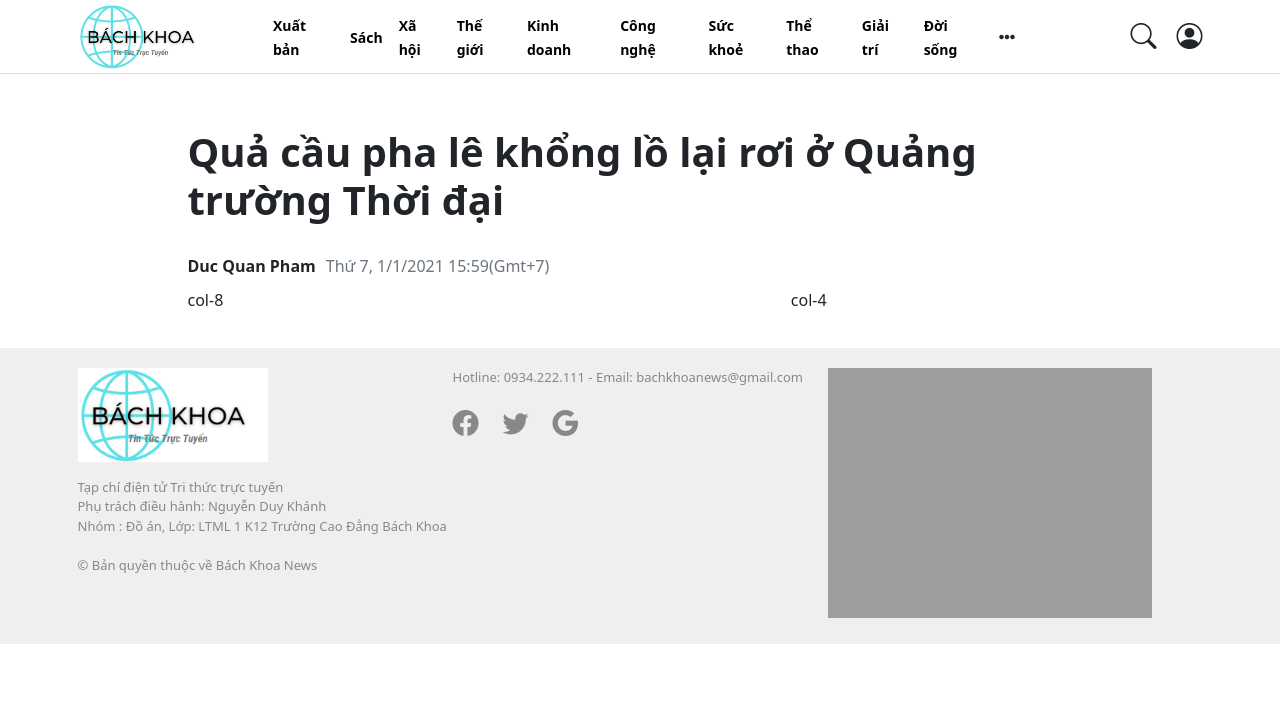
Repository: khanh2324/Java_Web
Page: WebContent/home-new/index.html
An editor plug-in stored every save of this project. The page is shown before and after the next save, followed by the edit.
The browser window is 1280 px wide. The pictures show the whole page.
Pictures or frames that could not be fetched are drawn as grey boxes. Some web libraries are served in a nearby version.

Above is the page before, as saved 2022-01-01 16:06:48.

### WebContent/home-new/index.html
<!DOCTYPE html>
<html lang="en">
<head>
    <meta charset="UTF-8">
    <meta http-equiv="X-UA-Compatible" content="IE=edge">
    <meta name="viewport" content="width=device-width, initial-scale=1.0">
    <title>Bách Khoa News</title>
    <!-- Icon Boostrap -->
    <link rel="stylesheet" href="https://cdn.jsdelivr.net/npm/bootstrap-icons@1.3.0/font/bootstrap-icons.css">
    <!-- Link Font -->
    <link href="https://fonts.googleapis.com/css2?family=Roboto:ital,wght@0,100;0,300;0,400;0,500;0,700;0,900;1,100;1,300;1,400;1,500;1,700;1,900&display=swap" rel="stylesheet">

    <!-- OWL -->
    <link rel="stylesheet" href="./css/owl.carousel.min.css">
    <link rel="stylesheet" href="./css/owl.theme.default.min.css">

    <!--Font Awesome -->
    <link rel="stylesheet" href="https://cdnjs.cloudflare.com/ajax/libs/font-awesome/5.15.4/css/all.min.css" integrity="sha512-1ycn6IcaQQ40/MKBW2W4Rhis/DbILU74C1vSrLJxCq57o941Ym01SwNsOMqvEBFlcgUa6xLiPY/NS5R+E6ztJQ==" crossorigin="anonymous" referrerpolicy="no-referrer" />
    <!-- CSS-->
    <link rel="stylesheet" href="./css/bootstrap.css">
    <link rel="stylesheet" href="./css/shared.css">
    <link rel="stylesheet" href="./css/style.css">
    <link rel="stylesheet" href="./css/responsive.css">
</head>
<body>
    <div class="main">
        <!-- Header -->
        <div class="header navbar navbar-expand-lg navbar-light fixed-top d-flex">
            <div class="container">

                <div class="col-lg-2 col-10 header-logo">
                    <a class="header-logo_link" href="#">
                        <div class="header-logo_img"></div>
                    </a>
                </div>

                <div class="col-lg-8 header-nav d-flex">
                    <ul class="header-nav_list d-lg-flex d-none">
                        <li class="header-nav_item">
                            <a href="" class="header-nav_link">Xuất bản</a>
                        </li>
                        <li class="header-nav_item">
                            <a href="" class="header-nav_link">Sách</a>
                        </li>
                        <li class="header-nav_item">
                            <a href="" class="header-nav_link">Xã hội</a>
                        </li>
                        <li class="header-nav_item">
                            <a href="" class="header-nav_link">Thế giới</a>
                        </li>
                        <li class="header-nav_item">
                            <a href="" class="header-nav_link">Kinh doanh</a>
                        </li>
                        <li class="header-nav_item">
                            <a href="" class="header-nav_link">Công nghệ</a>
                        </li>
                        <li class="header-nav_item">
                            <a href="" class="header-nav_link">Sức khoẻ</a>
                        </li>
                        <li class="header-nav_item">
                            <a href="" class="header-nav_link">Thể thao</a>
                        </li>
                        <li class="header-nav_item">
                            <a href="" class="header-nav_link">Giải trí</a>
                        </li>
                        <li class="header-nav_item">
                            <a href="" class="header-nav_link">Đời sống</a>
                        </li>
                    </ul>

                    <div class="header-nav_btn">
                        <i class="fas fa-ellipsis-h"></i>
                    </div>
                </div>

                <div class="col-lg-2">
                    <div class="d-flex justify-content-end">
                        <div class="header-search">
                            <i class="bi bi-search"></i>
                        </div>

                        <div class="header-user">
                            <i class="bi bi-person-circle"></i>

                            <div class="user-options d-none">
                                <ul class="user-options_list">
                                    <li class="user-options_item">
                                        <a href="" class="user-options_link">Đăng ký</a>
                                    </li>
                                    <li class="user-options_item">
                                        <a href="" class="user-options_link">Đăng nhập</a>
                                    </li>
                                </ul>
                            </div>
                        </div>


                    </div>

                </div>
            </div>

        </div>

        <!-- Sub Nav -->
        <div class="header-subnav navbar navbar-expand-lg navbar-light fixed-top d-none">
            <div class="container flex-wrap">
                <div class="col-lg-2 header-subnav_wrap">
                    <div class="header-subnav_title">Xã Hội</div>
                    <ul class="header-subnav_list">
                        <li class="header-subnav_item">
                            <a href="" class="header-subnav_link">Chính trị</a>
                        </li>
                        <li class="header-subnav_item">
                            <a href="" class="header-subnav_link">Nhân sự mới</a>
                        </li>
                        <li class="header-subnav_item">
                            <a href="" class="header-subnav_link">Đô thị</a>
                        </li>
                        <li class="header-subnav_item">
                            <a href="" class="header-subnav_link">Giao thông</a>
                        </li>
                        <li class="header-subnav_item">
                            <a href="" class="header-subnav_link">Saigon Metro</a>
                        </li>
                        <li class="header-subnav_item">
                            <a href="" class="header-subnav_link">Sáng kiến chống dịch</a>
                        </li>
                    </ul>
                </div>

                <div class="col-lg-2 header-subnav_wrap">
                    <div class="header-subnav_title">Xã Hội</div>
                    <ul class="header-subnav_list">
                        <li class="header-subnav_item">
                            <a href="" class="header-subnav_link">Chính trị</a>
                        </li>
                        <li class="header-subnav_item">
                            <a href="" class="header-subnav_link">Nhân sự mới</a>
                        </li>
                        <li class="header-subnav_item">
                            <a href="" class="header-subnav_link">Đô thị</a>
                        </li>
                        <li class="header-subnav_item">
                            <a href="" class="header-subnav_link">Giao thông</a>
                        </li>
                        <li class="header-subnav_item">
                            <a href="" class="header-subnav_link">Saigon Metro</a>
                        </li>
                        <li class="header-subnav_item">
                            <a href="" class="header-subnav_link">Sáng kiến chống dịch</a>
                        </li>
                    </ul>
                </div>

                <div class="col-lg-2 header-subnav_wrap">
                    <div class="header-subnav_title">Xã Hội</div>
                    <ul class="header-subnav_list">
                        <li class="header-subnav_item">
                            <a href="" class="header-subnav_link">Chính trị</a>
                        </li>
                        <li class="header-subnav_item">
                            <a href="" class="header-subnav_link">Nhân sự mới</a>
                        </li>
                        <li class="header-subnav_item">
                            <a href="" class="header-subnav_link">Đô thị</a>
                        </li>
                        <li class="header-subnav_item">
                            <a href="" class="header-subnav_link">Giao thông</a>
                        </li>
                        <li class="header-subnav_item">
                            <a href="" class="header-subnav_link">Saigon Metro</a>
                        </li>
                        <li class="header-subnav_item">
                            <a href="" class="header-subnav_link">Sáng kiến chống dịch</a>
                        </li>
                    </ul>
                </div>

                <div class="col-lg-2 header-subnav_wrap">
                    <div class="header-subnav_title">Xã Hội</div>
                    <ul class="header-subnav_list">
                        <li class="header-subnav_item">
                            <a href="" class="header-subnav_link">Chính trị</a>
                        </li>
                        <li class="header-subnav_item">
                            <a href="" class="header-subnav_link">Nhân sự mới</a>
                        </li>
                        <li class="header-subnav_item">
                            <a href="" class="header-subnav_link">Đô thị</a>
                        </li>
                        <li class="header-subnav_item">
                            <a href="" class="header-subnav_link">Giao thông</a>
                        </li>
                        <li class="header-subnav_item">
                            <a href="" class="header-subnav_link">Saigon Metro</a>
                        </li>
                        <li class="header-subnav_item">
                            <a href="" class="header-subnav_link">Sáng kiến chống dịch</a>
                        </li>
                    </ul>
                </div>

                <div class="col-lg-2 header-subnav_wrap">
                    <div class="header-subnav_title">Xã Hội</div>
                    <ul class="header-subnav_list">
                        <li class="header-subnav_item">
                            <a href="" class="header-subnav_link">Chính trị</a>
                        </li>
                        <li class="header-subnav_item">
                            <a href="" class="header-subnav_link">Nhân sự mới</a>
                        </li>
                        <li class="header-subnav_item">
                            <a href="" class="header-subnav_link">Đô thị</a>
                        </li>
                        <li class="header-subnav_item">
                            <a href="" class="header-subnav_link">Giao thông</a>
                        </li>
                        <li class="header-subnav_item">
                            <a href="" class="header-subnav_link">Saigon Metro</a>
                        </li>
                        <li class="header-subnav_item">
                            <a href="" class="header-subnav_link">Sáng kiến chống dịch</a>
                        </li>
                    </ul>
                </div>

                <div class="col-lg-2 header-subnav_wrap">
                    <div class="header-subnav_title">Xã Hội</div>
                    <ul class="header-subnav_list">
                        <li class="header-subnav_item">
                            <a href="" class="header-subnav_link">Chính trị</a>
                        </li>
                        <li class="header-subnav_item">
                            <a href="" class="header-subnav_link">Nhân sự mới</a>
                        </li>
                        <li class="header-subnav_item">
                            <a href="" class="header-subnav_link">Đô thị</a>
                        </li>
                        <li class="header-subnav_item">
                            <a href="" class="header-subnav_link">Giao thông</a>
                        </li>
                        <li class="header-subnav_item">
                            <a href="" class="header-subnav_link">Saigon Metro</a>
                        </li>
                        <li class="header-subnav_item">
                            <a href="" class="header-subnav_link">Sáng kiến chống dịch</a>
                        </li>
                    </ul>
                </div>

                <div class="col-lg-2 header-subnav_wrap">
                    <div class="header-subnav_title">Xã Hội</div>
                    <ul class="header-subnav_list">
                        <li class="header-subnav_item">
                            <a href="" class="header-subnav_link">Chính trị</a>
                        </li>
                        <li class="header-subnav_item">
                            <a href="" class="header-subnav_link">Nhân sự mới</a>
                        </li>
                        <li class="header-subnav_item">
                            <a href="" class="header-subnav_link">Đô thị</a>
                        </li>
                        <li class="header-subnav_item">
                            <a href="" class="header-subnav_link">Giao thông</a>
                        </li>
                        <li class="header-subnav_item">
                            <a href="" class="header-subnav_link">Saigon Metro</a>
                        </li>
                        <li class="header-subnav_item">
                            <a href="" class="header-subnav_link">Sáng kiến chống dịch</a>
                        </li>
                    </ul>
                </div>

                <div class="col-lg-2 header-subnav_wrap">
                    <div class="header-subnav_title">Xã Hội</div>
                    <ul class="header-subnav_list">
                        <li class="header-subnav_item">
                            <a href="" class="header-subnav_link">Chính trị</a>
                        </li>
                        <li class="header-subnav_item">
                            <a href="" class="header-subnav_link">Nhân sự mới</a>
                        </li>
                        <li class="header-subnav_item">
                            <a href="" class="header-subnav_link">Đô thị</a>
                        </li>
                        <li class="header-subnav_item">
                            <a href="" class="header-subnav_link">Giao thông</a>
                        </li>
                        <li class="header-subnav_item">
                            <a href="" class="header-subnav_link">Saigon Metro</a>
                        </li>
                        <li class="header-subnav_item">
                            <a href="" class="header-subnav_link">Sáng kiến chống dịch</a>
                        </li>
                    </ul>
                </div>

                <div class="col-lg-2 header-subnav_wrap">
                    <div class="header-subnav_title">Xã Hội</div>
                    <ul class="header-subnav_list">
                        <li class="header-subnav_item">
                            <a href="" class="header-subnav_link">Chính trị</a>
                        </li>
                        <li class="header-subnav_item">
                            <a href="" class="header-subnav_link">Nhân sự mới</a>
                        </li>
                        <li class="header-subnav_item">
                            <a href="" class="header-subnav_link">Đô thị</a>
                        </li>
                        <li class="header-subnav_item">
                            <a href="" class="header-subnav_link">Giao thông</a>
                        </li>
                        <li class="header-subnav_item">
                            <a href="" class="header-subnav_link">Saigon Metro</a>
                        </li>
                        <li class="header-subnav_item">
                            <a href="" class="header-subnav_link">Sáng kiến chống dịch</a>
                        </li>
                    </ul>
                </div>

                <div class="col-lg-2 header-subnav_wrap">
                    <div class="header-subnav_title">Xã Hội</div>
                    <ul class="header-subnav_list">
                        <li class="header-subnav_item">
                            <a href="" class="header-subnav_link">Chính trị</a>
                        </li>
                        <li class="header-subnav_item">
                            <a href="" class="header-subnav_link">Nhân sự mới</a>
                        </li>
                        <li class="header-subnav_item">
                            <a href="" class="header-subnav_link">Đô thị</a>
                        </li>
                        <li class="header-subnav_item">
                            <a href="" class="header-subnav_link">Giao thông</a>
                        </li>
                        <li class="header-subnav_item">
                            <a href="" class="header-subnav_link">Saigon Metro</a>
                        </li>
                        <li class="header-subnav_item">
                            <a href="" class="header-subnav_link">Sáng kiến chống dịch</a>
                        </li>
                    </ul>
                </div>

                <div class="col-lg-2 header-subnav_wrap">
                    <div class="header-subnav_title">Xã Hội</div>
                    <ul class="header-subnav_list">
                        <li class="header-subnav_item">
                            <a href="" class="header-subnav_link">Chính trị</a>
                        </li>
                        <li class="header-subnav_item">
                            <a href="" class="header-subnav_link">Nhân sự mới</a>
                        </li>
                        <li class="header-subnav_item">
                            <a href="" class="header-subnav_link">Đô thị</a>
                        </li>
                        <li class="header-subnav_item">
                            <a href="" class="header-subnav_link">Giao thông</a>
                        </li>
                        <li class="header-subnav_item">
                            <a href="" class="header-subnav_link">Saigon Metro</a>
                        </li>
                        <li class="header-subnav_item">
                            <a href="" class="header-subnav_link">Sáng kiến chống dịch</a>
                        </li>
                    </ul>
                </div>

                <div class="col-lg-2 header-subnav_wrap">
                    <div class="header-subnav_title">Xã Hội</div>
                    <ul class="header-subnav_list">
                        <li class="header-subnav_item">
                            <a href="" class="header-subnav_link">Chính trị</a>
                        </li>
                        <li class="header-subnav_item">
                            <a href="" class="header-subnav_link">Nhân sự mới</a>
                        </li>
                        <li class="header-subnav_item">
                            <a href="" class="header-subnav_link">Đô thị</a>
                        </li>
                        <li class="header-subnav_item">
                            <a href="" class="header-subnav_link">Giao thông</a>
                        </li>
                        <li class="header-subnav_item">
                            <a href="" class="header-subnav_link">Saigon Metro</a>
                        </li>
                        <li class="header-subnav_item">
                            <a href="" class="header-subnav_link">Sáng kiến chống dịch</a>
                        </li>
                    </ul>
                </div>


            </div>
        </div>
        <!-- Content -->
        <div class="content category layout-container">
            <div class="container">
                <h1 class="title">Quả cầu pha lê khổng lồ lại rơi ở Quảng trường Thời đại</h1>
                <div class="d-flex mt-5">
                    <p class="category-title_name"><strong>Duc Quan Pham</strong></p>
                    <p class="category-title_time ms-3 text-muted">Thứ 7, 1/1/2021 15:59(Gmt+7)</p>
                </div>
                <div class="content-hot d-flex mt-xxl-5">

                        <div class="col-8">col-8</div>
                        <div class="col-4">col-4</div>
                </div>
            </div>
        </div>
        <div class="footer">
            <div class="container">
                <div class="footer-wrap d-flex justify-content-start flex-wrap">
                    <div class="col-lg-4 col-6">
                        <div class="footer-logo"></div>
                        <div class="footer-content">
                            <span>Tạp chí điện tử Tri thức trực tuyến</span><br>
                            <span>Phụ trách điều hành: Nguyễn Duy Khánh</span><br>
                            <span>Nhóm : Đồ án, Lớp: LTML 1 K12 Trường Cao Đẳng Bách Khoa</span> <br><br>
                            <span>&copy; Bản quyền thuộc về Bách Khoa News</span>
                        </div>
                    </div>

                    <div class="col-lg-4 col-6">
                        <div class="footer-contact">
                            <div>
                                Hotline: 0934.222.111 - Email: bachkhoanews@gmail.com
                            </div>
                            <div class="footer-social d-flex">
                                <a href=""><i class="bi bi-facebook"></i></a>
                                <a href=""><i class="bi bi-twitter"></i></a>
                                <a href=""><i class="bi bi-google"></i></a>
                            </div>
                        </div>
                    </div>

                    <div class="col-lg-4 col-12">
                        <iframe src="https://www.facebook.com/plugins/page.php?href=https%3A%2F%2Fwww.facebook.com%2FB%25C3%25A1ch-Khoa-News-101628475737965%2F%3Fref%3Dpages_you_manage&tabs=timeline&width=324&height=250&small_header=true&adapt_container_width=true&hide_cover=false&show_facepile=true&appId" width="324" height="250" style="border:none;overflow:hidden" scrolling="no" frameborder="0" allowfullscreen="true" allow="autoplay; clipboard-write; encrypted-media; picture-in-picture; web-share"></iframe>
                    </div>
                </div>
            </div>
        </div>
    </div>

    <script type="text/javascript" src="http://ajax.googleapis.com/ajax/libs/jquery/2.1.3/jquery.min.js"> </script>
    <script src="./js/owl.carousel.min.js"></script>
    <script>

        $(document).ready(function(){
            $('.owl-carousel').owlCarousel({
                loop: false,
                margin:10,
                nav: true,
                dots: false,
                slideBy: 5,
                rewind: false,
                responsive:{
                    0:{
                        items:1
                    },
                    600:{
                        items:3
                    },
                    1000:{
                        items:5
                    }
                }
            })

            // Sub nav
            $('.header-nav_btn').click(function() {
                var SubNavNone = $('.header-subnav').hasClass('d-none');
                if (SubNavNone) {
                    $('.header-subnav').removeClass('d-none');
                }
                else {
                    $('.header-subnav').addClass("d-none");
                }
            })

            $('.header-user').click(function() {
                var UserNone = $('.user-options').hasClass('d-none');
                if (UserNone) {
                    $('.user-options').removeClass('d-none');
                }
                else {
                    $('.user-options').addClass("d-none");
                }
            })
        });




    </script>
</body>
</html>

### WebContent/home-new/css/responsive.css
/* Mobile & tablet */
@media (max-width: 1023px){
    .header-logo_img{
        background-position: center center;
        padding-top: 10%;
    }

    .multimedia-right_news{
        margin-top: 16px;
    }

}

/* Tablet */
@media (min-width: 740px) and (max-width: 1023px) {

}

/* Mobile */

@media (min-width: 768px){

}

Loaded but not shown: WebContent/home-new/css/owl.carousel.min.css (library); WebContent/home-new/css/owl.theme.default.min.css (common file); WebContent/home-new/css/bootstrap.css (library); WebContent/home-new/js/owl.carousel.min.js (library); WebContent/home-new/css/style.css (172 lines, source omitted); WebContent/home-new/css/shared.css (56 lines, source omitted)

After the next save:
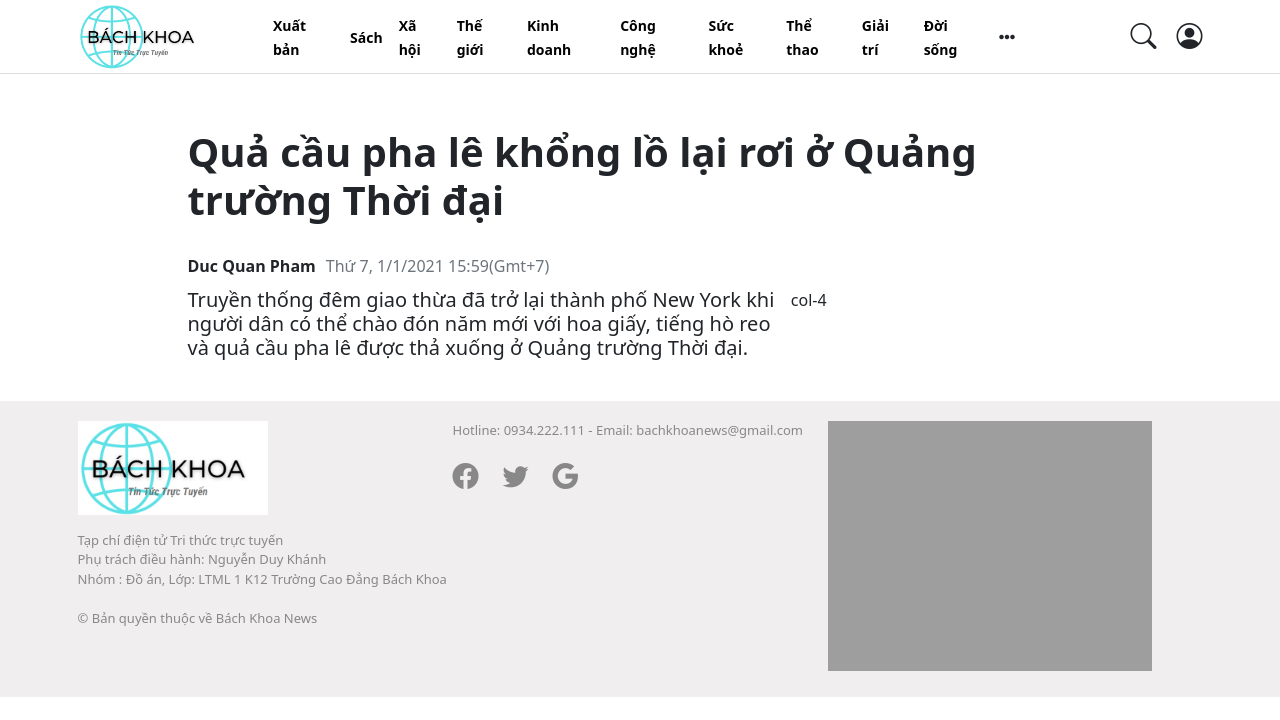
Saved 33 s later.
--- a/WebContent/home-new/index.html
+++ b/WebContent/home-new/index.html
@@ -406,7 +406,11 @@
                 </div>
                 <div class="content-hot d-flex mt-xxl-5">
 
-                        <div class="col-8">col-8</div>
+                        <div class="col-8">
+                            <h2 class="category-heading">
+                                Truyền thống đêm giao thừa đã trở lại thành phố New York khi người dân có thể chào đón năm mới với hoa giấy, tiếng hò reo và quả cầu pha lê được thả xuống ở Quảng trường Thời đại.
+                            </h2>
+                        </div>
                         <div class="col-4">col-4</div>
                 </div>
             </div>
